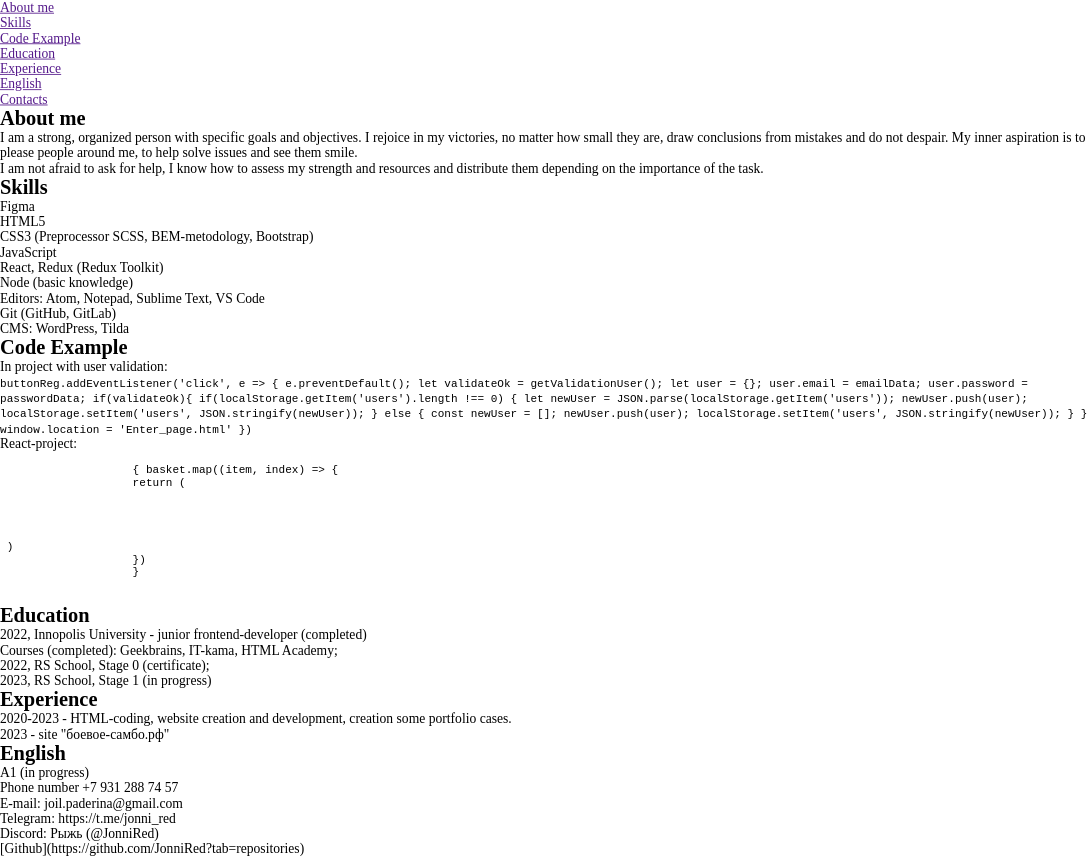
Repository: JonniRed/rsschool-cv-past
Page: index.html
An editor plug-in stored every save of this project. The page is shown before and after the next save, followed by the edit.
The browser window is 1280 px wide. The pictures show the whole page, at 85% of full size.

Above is the page before, as saved 2023-11-29 10:37:39.

After the next save:
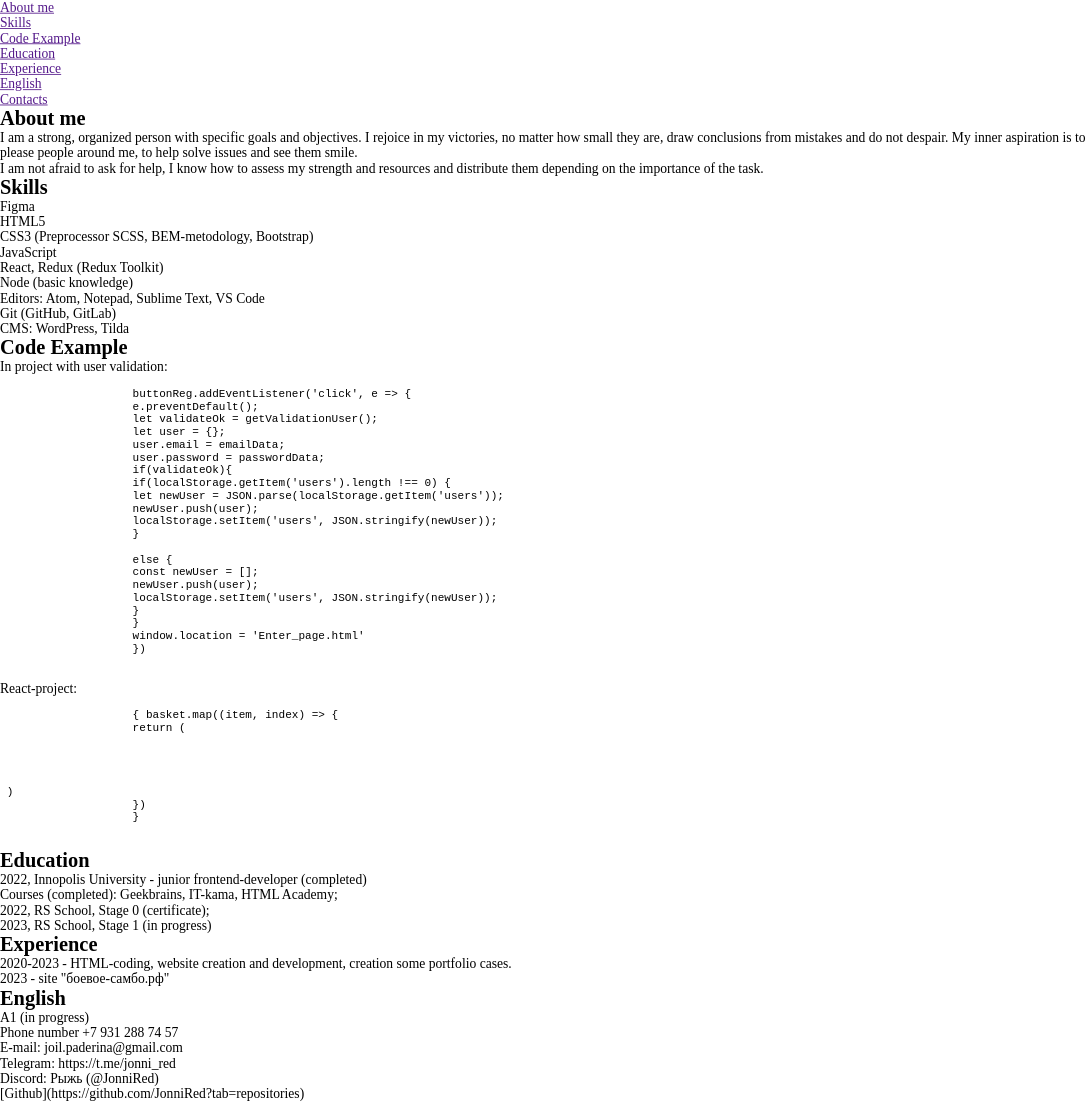
Saved 32 s later.
--- a/index.html
+++ b/index.html
@@ -48,29 +48,31 @@
         <section class="code">
             <h2>Code Example</h2>
             <p>In project with user validation:</p>
-            <code>
-                buttonReg.addEventListener('click', e => {
-                e.preventDefault();
-                let validateOk = getValidationUser();
-                let user = {};
-                user.email = emailData;
-                user.password = passwordData;
-                if(validateOk){
-                if(localStorage.getItem('users').length !== 0) {
-                let newUser = JSON.parse(localStorage.getItem('users'));
-                newUser.push(user);
-                localStorage.setItem('users', JSON.stringify(newUser));
-                }
+            <pre>
+                <code>
+                    buttonReg.addEventListener('click', e => {
+                    e.preventDefault();
+                    let validateOk = getValidationUser();
+                    let user = {};
+                    user.email = emailData;
+                    user.password = passwordData;
+                    if(validateOk){
+                    if(localStorage.getItem('users').length !== 0) {
+                    let newUser = JSON.parse(localStorage.getItem('users'));
+                    newUser.push(user);
+                    localStorage.setItem('users', JSON.stringify(newUser));
+                    }
 
-                else {
-                const newUser = [];
-                newUser.push(user);
-                localStorage.setItem('users', JSON.stringify(newUser));
-                }
-                }
-                window.location = 'Enter_page.html'
-                })
-            </code>
+                    else {
+                    const newUser = [];
+                    newUser.push(user);
+                    localStorage.setItem('users', JSON.stringify(newUser));
+                    }
+                    }
+                    window.location = 'Enter_page.html'
+                    })
+                </code>
+            </pre>
             <p>React-project:</p>
             <pre>
                 <code>
